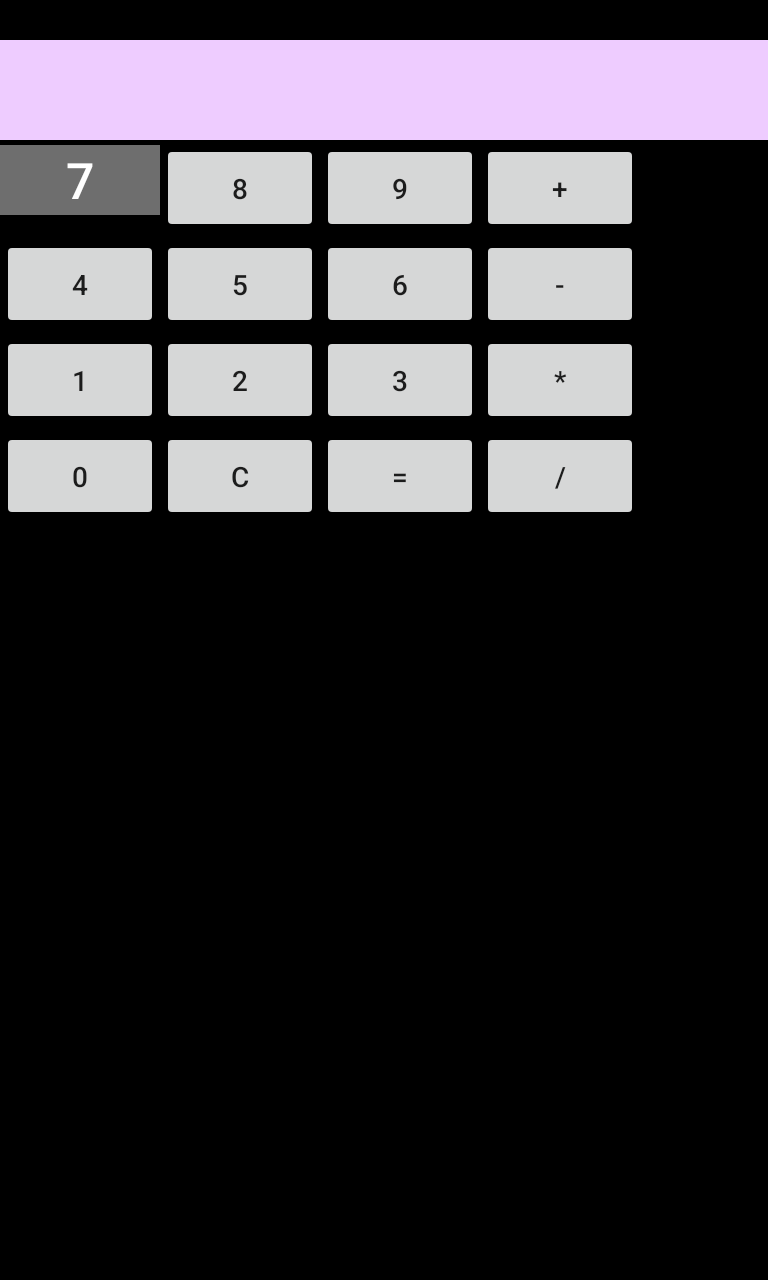
Repository: A207/guanjingjing
Layout: project/calculator_gjj/res/layout/activity_main.xml
An editor plug-in stored every save of this project. The layout is shown before and after the next save, followed by the edit.
It is drawn on a 768 x 1280 px phone screen (xhdpi) without system bars, with theme AppTheme; the app's code is not run.

Above is the layout before, as saved 2015-07-16 01:58:34.

After the next save:
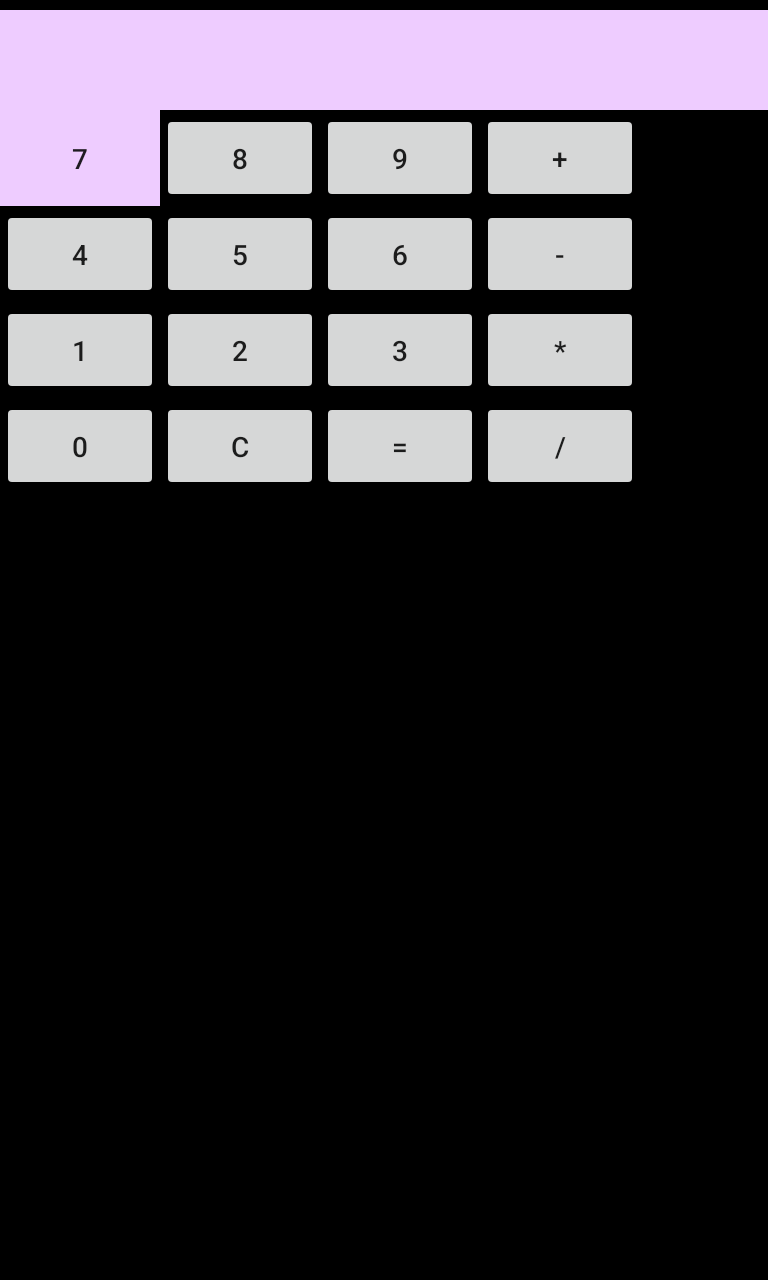
Saved 111 s later.
--- a/project/calculator_gjj/res/layout/activity_main.xml
+++ b/project/calculator_gjj/res/layout/activity_main.xml
@@ -3,7 +3,7 @@
     android:layout_width="fill_parent"
     android:layout_height="fill_parent"
     android:orientation="vertical"
-    android:paddingTop="20dip"
+    android:paddingTop="5dip"
     android:background="#000" >
 
     <LinearLayout
@@ -28,11 +28,8 @@
         <Button
             android:id="@+id/btn_calc_07"
             android:layout_width="80dip"
-            android:layout_height="35dip"
-            android:background="#6e6e6e"
-            android:textColor="#fff"
-            android:textSize="25sp"
-            android:marginTop="30dip"
+            android:layout_height="wrap_content"
+            android:background="#eeccff"
             android:text="7" />
 
         <Button
